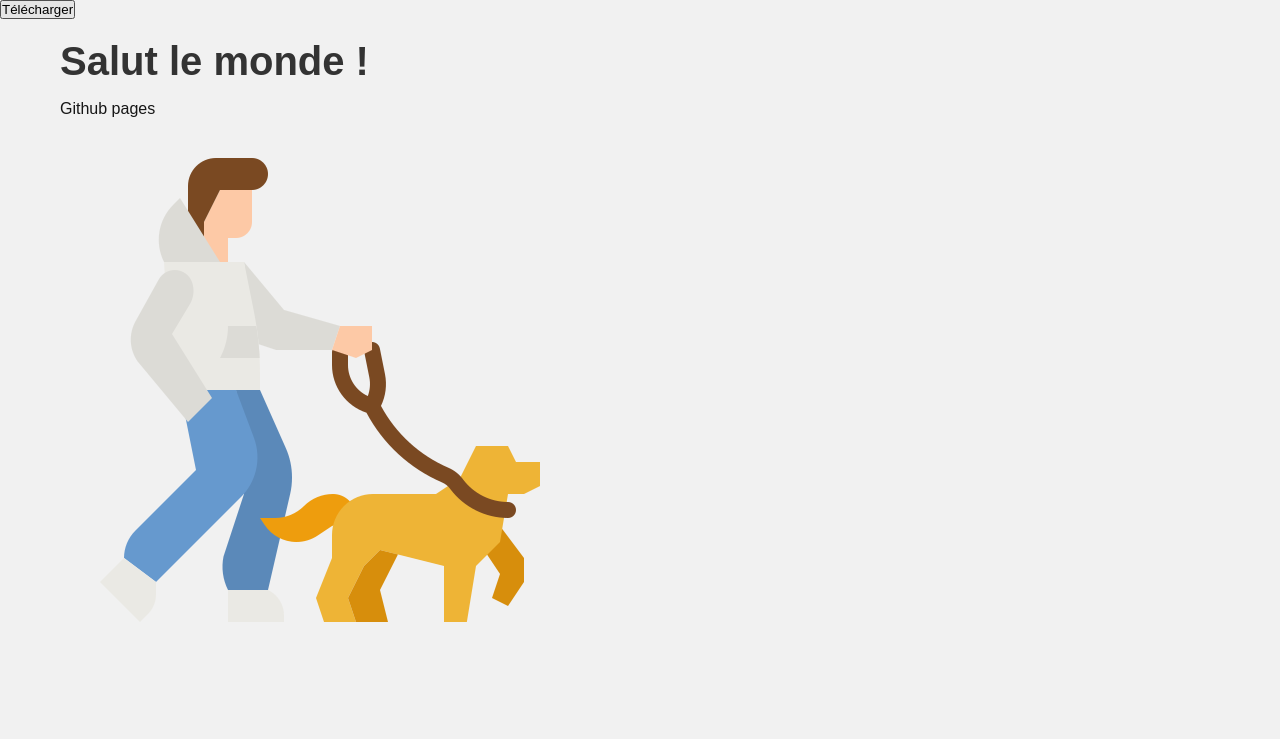
Repository: CarmenFerlatte/demoGithubPages
Page: index.html
The author's editor kept a copy of each file at every save. The page is drawn from the files as they stood at one save, then again after the next save.
The browser window is 1280 px wide. The pictures show the whole page.

Above is the page before, as saved 2024-08-09 16:50:13.

After the next save:
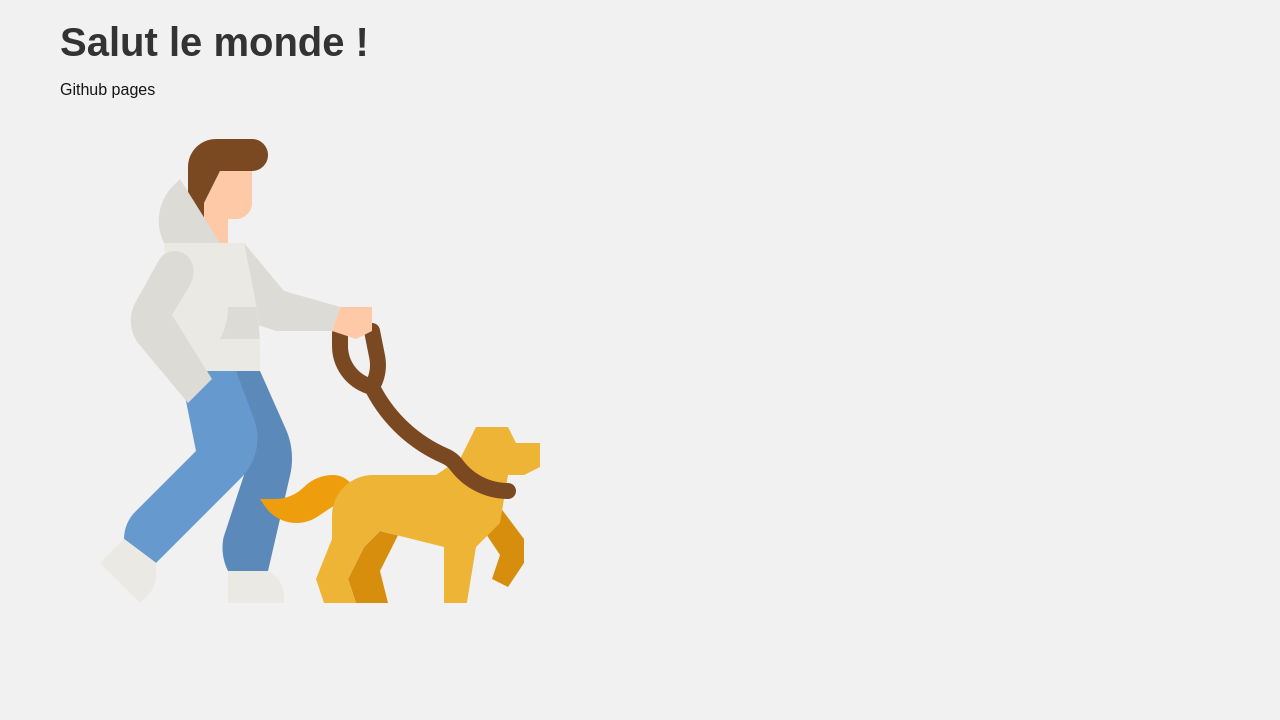
Saved 7 s later.
--- a/index.html
+++ b/index.html
@@ -23,7 +23,7 @@
   </head>
   <body>
     <header>
-      <button class="nav-link" aria-label="Install">Télécharger</button>
+      <button class="nav-link" aria-label="Install" hidden>Télécharger</button>
     </header>
     <main>
       <section class="container">
